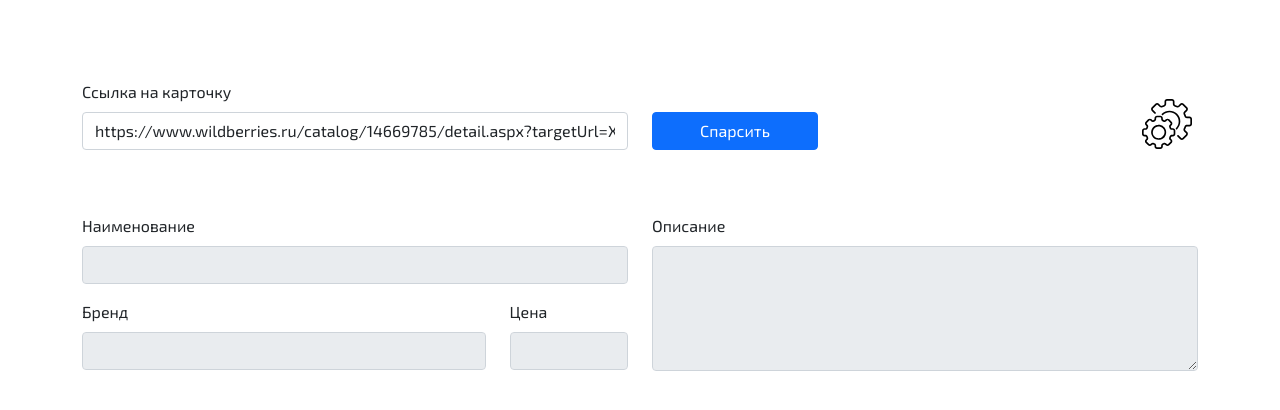
Repository: yozuul/wildberries-product-card-parser-api-exchange
Page: public/panel.html
The author's editor kept a copy of each file at every save. The page is drawn from the files as they stood at one save, then again after the next save.
The browser window is 1280 px wide. The pictures show the whole page.

Above is the page before, as saved 2021-08-22 12:39:14.

### public/panel.html
<!DOCTYPE html>
<html lang="en">

<head>
   <meta charset="UTF-8">
   <meta http-equiv="X-UA-Compatible" content="IE=edge">
   <meta name="viewport" content="width=device-width, initial-scale=1.0">
   <title>Document</title>
   <link href="https://cdn.jsdelivr.net/npm/bootstrap@5.1.0/dist/css/bootstrap.min.css" rel="stylesheet"
      integrity="sha384-KyZXEAg3QhqLMpG8r+8fhAXLRk2vvoC2f3B09zVXn8CA5QIVfZOJ3BCsw2P0p/We" crossorigin="anonymous">
   <link rel="stylesheet" href="style.css">
</head>

<body>
   <div class="sidebar">
      <!-- <button type="button" class="btn_my mt-2" data-bs-toggle="modal" data-bs-target="#users"><img
            src="images/users.svg" width="50" height="50">
      </button> -->
   </div>
   <div class="modal fade" id="settings" tabindex="-1" aria-labelledby="settingsLabel" aria-hidden="true">
      <div class="modal-dialog">
         <div class="modal-content">
            <div class="modal-header">
               <h5 class="modal-title" id="settingsLabel">Токен API</h5>
               <button type="button" class="btn-close" data-bs-dismiss="modal" aria-label="Закрыть"></button>
            </div>
            <div class="modal-body">
               <form>
                  <div class="mb-3">
                     <textarea type="text" class="form-control" id="token">eyJhbGciOiJIUzI1NiIsInR5cCI6IkpXVCJ9.eyJhY2Nlc3NJRCI6IjU1YzNkMzE2LTExMzYtNGMwYi04MmY5LTY2NTMzZDMzZTNiMyJ9.r1vgQ-uEi4mcr1wizeFSqBRZazao4H34TLrjs3Msch8</textarea>
                  </div>
                  <div>
                     Можно сгенерировать в личном кабинете.<br/>Мой профиль => <a href="https://seller.wildberries.ru/supplier-settings/access-to-new-api">Доступ к новому API</a>
                  </div>
               </form>
            </div>
            <div class="modal-footer">
               <button type="button" class="btn btn-secondary" data-bs-dismiss="modal">Закрыть</button>
               <button type="button" class="btn btn-primary" id="saveToken">Сохранить</button>
            </div>
         </div>
      </div>
   </div>
   <div class="container">
      <div class="row align-items-end">
         <div class="mb-3 col-6">
            <label for="cardProductURL" class="form-label">Ссылка на карточку</label>
            <input type="text" class="form-control" id="cardProductURL"
               value="https://www.wildberries.ru/catalog/14669785/detail.aspx?targetUrl=XS">
         </div>
         <div class="col-2 mb-3">
            <button id="parseCard" class="btn btn-primary col-12">
               <span id="parseCard_inactive">Спарсить</span>
               <div id="parseCard_active" class="spinner dn">
                  <span class="sr-only">Парсим</span>
                  <span class="spinner-grow spinner-grow-sm" role="status" aria-hidden="true"></span>
               </div>
            </button>
         </div>
         <div class="col-2 mb-3">
            <button id="saveCard" class="btn btn-success col-12 dn">
               <span id="saveCard_inactive">Добавить</span>
               <div id="saveCard_active" class="spinner dn">
                  <span class="sr-only">Добавляем</span>
                  <span class="spinner-grow spinner-grow-sm" role="status" aria-hidden="true"></span>
               </div>
            </button>
         </div>
         <div class="col-2 mb-3 d-flex justify-content-end">
            <button type="button" class="btn_my mb-6" data-bs-toggle="modal" data-bs-target="#settings"><img
               src="images/settings.svg" width="50" height="50">
         </button>
         </div>
      </div>
   </div>
   <form class="container mt-5">
      <div class="row">
         <div class="col">
            <div class="mb-3">
               <label for="productName" class="form-label">Наименование</label>
               <input type="text" class="form-control" id="productName" readonly>
            </div>
            <div id="productExtras_wrapper" class="row dn">
               <div class="col-12  mb-3">
                  <label for="productCategory" class="form-label">Категория</label>
                  <select id="productCategory" class="form-select"></select>
               </div>
               <div class="col-12  mb-3">
                  <label for="productTnved" class="form-label">ТНВЭД</label>
                  <select id="productTnved" class="form-select"></select>
               </div>
            </div>
            <div class="row mb-3">
               <div class="col-9">
                  <label for="productBrand" class="form-label">Бренд</label>
                  <input type="text" class="form-control" id="productBrand" readonly>
               </div>
               <div class="col-3">
                  <label for="productTnved" class="form-label">Цена</label>
                  <input type="text" class="form-control" id="productPrice" readonly>
               </div>
            </div>
            <div id="productImages_wrapper" class="mb-3 dn">
               <label for="productImages" class="form-label">Изображения</label>
               <div id="productImages" class="row"></div>
            </div>
         </div>
         <div class="col">
            <div id="productConsist_wrapper" class="mb-3 dn">
               <label for="productConsist" class="form-label">Состав</label>
               <input type="text" class="form-control" id="productConsist">
            </div>
            <div class="mb-3">
               <label for="cardProductDesc" class="form-label">Описание</label>
               <textarea type="text" class="form-control" id="cardProductDesc" readonly></textarea>
            </div>
            <div id="productColor_wrapper" class="mb-3 dn">
               <label for="productColor" class="form-label">Цвет</label>
               <input type="text" class="form-control" id="productColor">
            </div>
            <div id="productParams_wrapper" class="mb-3 dn">
               <label class="form-label">Характеристики</label>
               <table id="productParams_table"></table>
            </div>
         </div>
      </div>
   </form>
   <script src="panel.js"></script>
   <script src="https://cdn.jsdelivr.net/npm/bootstrap@5.1.0/dist/js/bootstrap.bundle.min.js"
      integrity="sha384-U1DAWAznBHeqEIlVSCgzq+c9gqGAJn5c/t99JyeKa9xxaYpSvHU5awsuZVVFIhvj" crossorigin="anonymous">
   </script>
</body>

</html>

### public/style.css
@import url('https://fonts.googleapis.com/css2?family=Exo+2&display=swap');

* {
   font-family: 'Exo 2', sans-serif;
}

body {
   padding: 0;
   margin: 0;
   padding-bottom: 80px;
   padding-top: 80px;
}
.dn {
   display: none;
}
.parser_form_wrapper {
   margin-top: 50px;
}
#cardProductDesc {
   height: 125px;
}
#cardProductDesc.max_height_desc {
   height: 210px;
}
/* .imageItem {
   max-width: 100px;
   margin-right: 5px;
} */
.imageItem img {
   max-width: 100%;
   height: auto;
   margin-bottom: 20px;
}
#productParams_table th {
   width: 60%;
   /* text-align: right;
   padding-right: 40px; */
}
#productParams_table td {
   width: 40%;
}
/* .productImages {
   display: flex;
} */
.btn_my {
   background: none;
   border: none;
   outline: none;
}
.sidebar {
   width: 60px;
   position: fixed;
   top: 90px;
   left: 10px;
}
#token {
   height: 90px;
   resize: none;
}
/* .productFormWrapper, .parseFormWrapper {
   max-width: 1200px;
   margin: auto;
   padding-top: 25px;
   padding-bottom: 25px;
}
.parseFormWrapper {
   border-bottom: 1px dotted #9999;
}
.productFormWrapper {
   display: flex;
}
.productFormWrapperLeft {
   margin-right: 50px;
}
.parseForm {
   display: flex;
   flex-wrap: wrap;
   max-width: 550px;
}
.parseForm input {
   width: 550px;
   margin-bottom: 20px;
}
.productForm {
}
.productForm input, .productForm textarea {
   width: 550px;
}
.productForm textarea {
   height: 100px;
   resize: none;
}
.parseFormWrapper p, .productFormWrapper p {
   margin-bottom: 8px;
   margin-top: 0;
}
.inputWrapper {
   margin-bottom: 15px;
} */

### public/panel.js
const query = (el) => document.querySelector(el)
const queryAll = (el) => document.querySelectorAll(el)

class Panel {
   constructor(api, button, element, input) {
      this.api = api
      this.button = button
      this.element = element
      this.input = input
   }

   waitParse() {
      this.parseButtonControl()
      this.addProductButtonControl()
   }

   addProductButtonControl() {
      this.button.saveCard.onclick = async () => {
         const updatedFields = this.getUpdatedFields()
         const objectData = this.prepareObjectData(this.parseData, updatedFields)
         const addCard = await this.apiFetch(this.api.addCard, objectData)
         console.log(objectData);
      }
   }

   prepareObjectData(parseData, updatedFields) {

      const params = parseData.details.params
      const cardData = {
         params: {
            card: [{
               countryProduction: params['Страна производства'],
               supplierVendorCode: parseData.extras.supplierVendorCode,
               object: parseData.cardProductName,
               addin: [{
                     type: 'Состав',
                     params: [{
                        value: 'Хлопок',
                        count: 80
                     }]
                  },
                  {
                     type: 'Тнвэд',
                     params: [{
                        value: updatedFields.productTnved.split('--')[0]
                     }]
                  },
                  {
                     type: 'Бренд',
                     params: [{
                        value: updatedFields.cardProductBrand
                     }]
                  },
                  {
                     type: 'Комплектация',
                     params: [{
                        value: params['Комплектация']
                     }]
                  },
                  {
                     type: 'Пол',
                     params: [{
                        value: params['Пол']
                     }]
                  },
                  {
                     type: 'Описание',
                     params: [{
                        value: updatedFields.cardProductDesc
                     }]
                  },
                  {
                     type: 'Ключевые слова',
                     params: [{
                        value: 'Худи'
                     }]
                  }
               ],
               nomenclatures: [{
                  vendorCode: Math.floor(Math.random() * 1000000000),
                  variations: [{
                     barcode: parseData.extras.barcode,
                     addin: [{
                           type: 'Розничная цена',
                           params: [{
                              count: parseInt(updatedFields.cardProductPrice)
                           }]
                        },
                        {
                           type: 'Размер',
                           params: [{
                              value: "56"
                           }]
                        },
                        {
                           type: 'Рос. размер',
                           params: [{
                              value: "56"
                           }]
                        }
                     ]
                  }],
                  addin: [{
                        type: "Основной цвет",
                        params: [{
                           value: updatedFields.productColor
                        }]
                     },
                     {
                        type: "Фото",
                        params: []
                     }
                  ]
               }]
            }]
         },
         // jsonrpc: "2.0",
         id: parseData.extras.uuid
      }

      // console.log(cardData);
        return cardData
   }

   getUpdatedFields() {
      const category =  select.productCategory
      let activeCategory = 'nocat'
      if(category.options[category.selectedIndex]) {
         activeCategory = category.options[category.selectedIndex].text
      }

      const tnved =  select.productTnved
      let activeTnved = 'notnved'
      if(tnved.options[category.selectedIndex]) {
         activeTnved = tnved.options[category.selectedIndex].text
      }

      const fields = {
         cardProductName: input.cardProductName.value,
         productCategory: activeCategory,
         productTnved: activeTnved,
         cardProductBrand: input.cardProductBrand.value,
         cardProductPrice: input.cardProductPrice.value,
         productConsist: input.productConsist.value,
         cardProductDesc: textarea.cardProductDesc.value,
         productColor: input.productColor.value
      }

      return fields
   }

   parseButtonControl() {
      this.button.parseCard.onclick = async () => {
         this.cleanHideDynamicBlocks()
         this.toggleSpinner('on')
         // Получение данных
         let parseData = await this.apiFetch(this.api.parseCard, {data: input.cardProductURL.value})
         // console.log(parseData);
         parseData.extras = await this.apiFetch(this.api.getAdditionalCardData, parseData)
         this.parseData = parseData
         this.passDataToFields(parseData)
      }
   }

   passDataToFields(data) {
      // Основные данные товара
      const commonDataFields = {
         cardProductName: input.cardProductName,
         cardProductBrand: input.cardProductBrand,
         cardProductPrice: input.cardProductPrice
      }
      for(let input in commonDataFields) {
         commonDataFields[input].removeAttribute('readonly')
         commonDataFields[input].value = data[input]
      }

      // Изображения
      if(data.cardProductImages) {
         this.element.productImages_wrapper.classList.remove('dn')
         data.cardProductImages.reverse()
         const imagesBlock = query('#productImages')
         let imgNum = 0
         for(let image of data.cardProductImages) {
            const divTag = `<div class='col-3 imageItem'><img src="${image}"></div>`
            imagesBlock.insertAdjacentHTML('afterbegin', divTag)
            imgNum++
         }
      }
      // Состав
      const detailConsist = data.details.consist
      if(detailConsist) {
         element.productConsist_wrapper.classList.remove('dn')
         input.productConsist.value = detailConsist
      } else {
         element.productConsist_wrapper.classList.add('dn')
      }
      // Описание
      const detailDesc = data.details.desc
      if(detailDesc) {
         textarea.cardProductDesc.removeAttribute('readonly')
         textarea.cardProductDesc.classList.add('max_height_desc')
         textarea.cardProductDesc.value = detailDesc
      }
      // Цвет
      const productColor = data.cardProductColor
      if(productColor) {
         element.productColor_wrapper.classList.remove('dn')
         input.productColor.value = productColor
      } else {
         element.productColor_wrapper.classList.add('dn')
      }
      // Характеристики
      const detailParams = data.details.params
      if(detailParams) {
         element.productParams_wrapper.classList.remove('dn')

         for(let name in detailParams) {
            const paramRow = `<tr><th>${name}</th><td>${detailParams[name]}</td></tr>`
            element.productParams_table.insertAdjacentHTML('afterbegin', paramRow)
         }
      } else {
         element.productParams_wrapper.classList.add('dn')
      }
      // Категория
      const direcoryList = data.extras.direcoryList
      if(direcoryList) {
         let num = 1
         for(let direcory in direcoryList) {
            const dirOptionRow = `<option value="${num}">${direcory}</option>`
            select.productCategory.insertAdjacentHTML('afterbegin', dirOptionRow)
            num++
         }
         element.productExtras.classList.remove('dn')
      }
      // ТВЭНД
      const tvendList = data.extras.tnvedList
      if(tvendList) {
         let num = 1
         for(let tvend of tvendList) {
            const tvendOptionRow = `<option value="${num}">${tvend.tnvedCode}${tvend.description}</option>`
            select.productTnved.insertAdjacentHTML('afterbegin', tvendOptionRow)
            num++
         }
         element.productExtras.classList.remove('dn')
      }

      this.button.saveCard.classList.remove('dn')
      this.toggleSpinner('off')
   }

   async apiFetch(apiURL, jsonData) {
      try {
         const response = await fetch(apiURL, {
            method: 'POST',
            body: JSON.stringify(jsonData),
            headers: { 'Content-Type': 'application/json' }
         })
         return await response.json()
      } catch (error) {
         console.error('Error fetching:', error);
      }
   }

   cleanHideDynamicBlocks() {
      // Кнопка сохранения
      this.button.saveCard.classList.add('dn')
      // Блок изображений
      this.element.productImages_wrapper.classList.add('dn')
      // Блок характеристик
      this.element.productParams_wrapper.classList.add('dn')
      // Блок категорий
      this.element.productExtras.classList.add('dn')
      // Удаляем изображения и характеристики
      const cleanInside = [
         queryAll('#productImages div'),
         queryAll('#productParams_table tr'),
         queryAll('#productExtras_wrapper option')
      ]
      for(let items of cleanInside) {
         if(items.length > 0) {
            Array.from(items).map((i) => i.remove())
         }
      }
   }

   toggleSpinner(mode) {
      if(mode == 'on') {
         this.element.parseCard_inactive.classList.add('dn')
         this.button.parseCard.setAttribute('disbale', '')
         this.element.parseCard_active.classList.remove('dn')
      } else {
         this.element.parseCard_active.classList.add('dn')
         this.button.parseCard.removeAttribute('disbale')
         this.element.parseCard_inactive.classList.remove('dn')
      }
   }
}

// Запросы на внутренний API
const apiHost = 'http://localhost:3000'
const api = {
   parseCard: `${apiHost}/parseCard`,
   getAdditionalCardData: `${apiHost}/getAdditionalCardData`,
   addCard: `${apiHost}/addCard`,
}
// Поля формы
const input = {
   cardProductURL: query('#cardProductURL'),
   cardProductName: query('#productName'),
   cardProductBrand: query('#productBrand'),
   cardProductPrice: query('#productPrice'),
   productConsist: query('#productConsist'),
   productDesc: query('#productDesc'),
   productColor: query('#productColor'),
}
// Кнопки управления формой
const button = {
   parseCard: query('#parseCard'),
   saveCard: query('#saveCard'),
}
// Селекты
const select = {
   productCategory: query('#productCategory'),
   productTnved: query('#productTnved'),
}
// Интерактивные элементы
const element = {
   parseCard_inactive: query('#parseCard_inactive'),
   parseCard_active: query('#parseCard_active'),
   saveCard_inactive: query('#saveCard_inactive'),
   saveCard_active: query('#saveCard_active'),
   productExtras: query('#productExtras_wrapper'),
   productImages_wrapper: query('#productImages_wrapper'),
   productConsist_wrapper: query('#productConsist_wrapper'),
   productParams_wrapper: query('#productParams_wrapper'),
   productColor_wrapper: query('#productColor_wrapper'),
   productParams_table: query('#productParams_table'),
}
const textarea = {
   cardProductDesc: query('#cardProductDesc')
}

new Panel(api, button, element, input, select).waitParse()

After the next save:
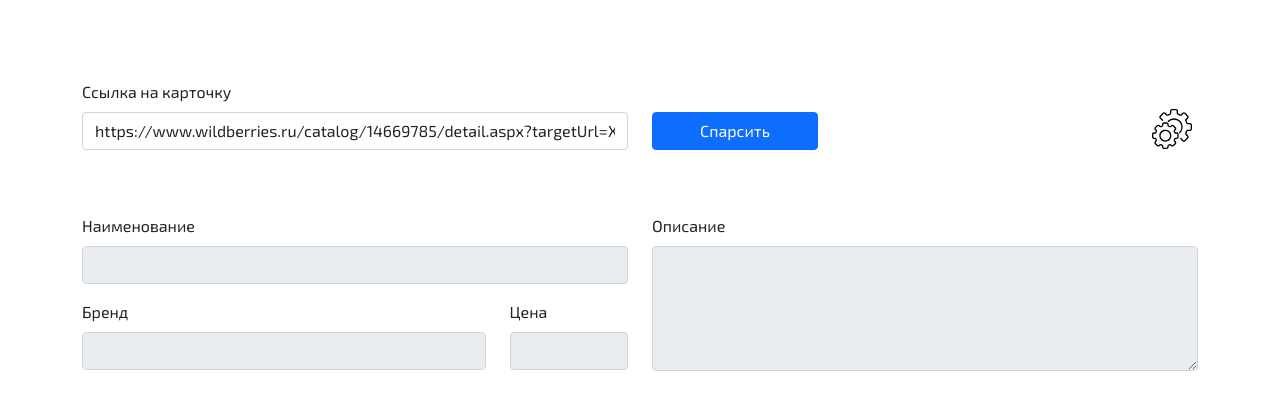
Saved 22 s later.
--- a/public/panel.html
+++ b/public/panel.html
@@ -68,7 +68,7 @@
          </div>
          <div class="col-2 mb-3 d-flex justify-content-end">
             <button type="button" class="btn_my mb-6" data-bs-toggle="modal" data-bs-target="#settings"><img
-               src="images/settings.svg" width="50" height="50">
+               src="images/settings.svg" width="40" height="40">
          </button>
          </div>
       </div>

After the save that followed:
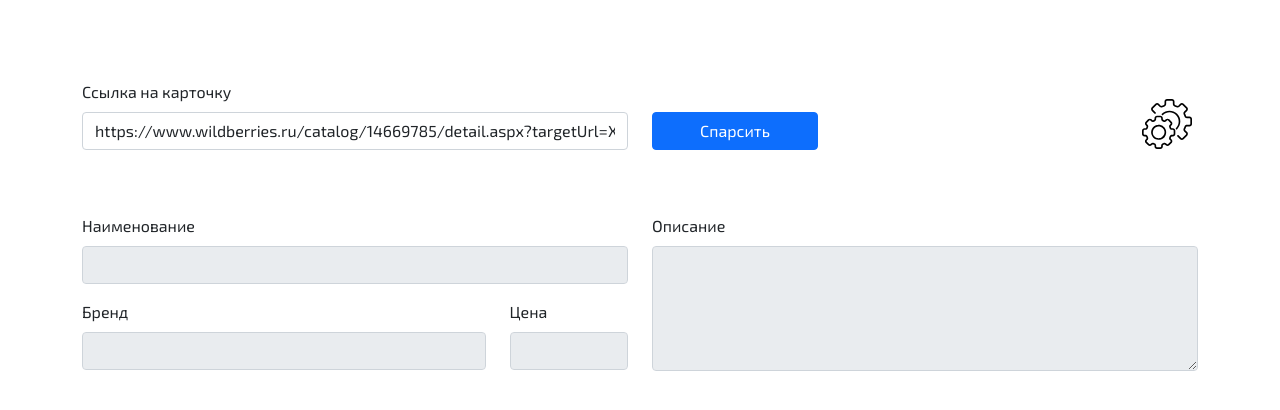
Saved 4 s later.
--- a/public/panel.html
+++ b/public/panel.html
@@ -68,7 +68,7 @@
          </div>
          <div class="col-2 mb-3 d-flex justify-content-end">
             <button type="button" class="btn_my mb-6" data-bs-toggle="modal" data-bs-target="#settings"><img
-               src="images/settings.svg" width="40" height="40">
+               src="images/settings.svg" width="50" height="50">
          </button>
          </div>
       </div>
